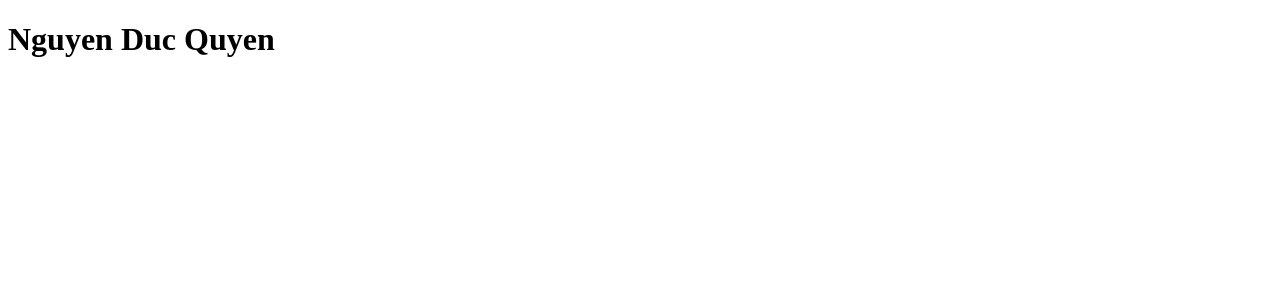
Repository: NguyenDucQuyen0507/Git_Test
Page: index.html
These files come from the project's save history. The page is drawn as it stood at one moment and after the next save; the edit follows.
The browser window is 1280 px wide. The pictures show the whole page.

Above is the page before, as saved 2022-11-27 09:38:32.

### index.html
<!DOCTYPE html>
<html lang="en">
  <head>
    <meta charset="UTF-8" />
    <meta http-equiv="X-UA-Compatible" content="IE=edge" />
    <meta name="viewport" content="width=device-width, initial-scale=1.0" />
    <title>Document</title>
  </head>
  <body>
    <h1>Nguyen Duc Quyen</h1>
  </body>
</html>

After the next save:
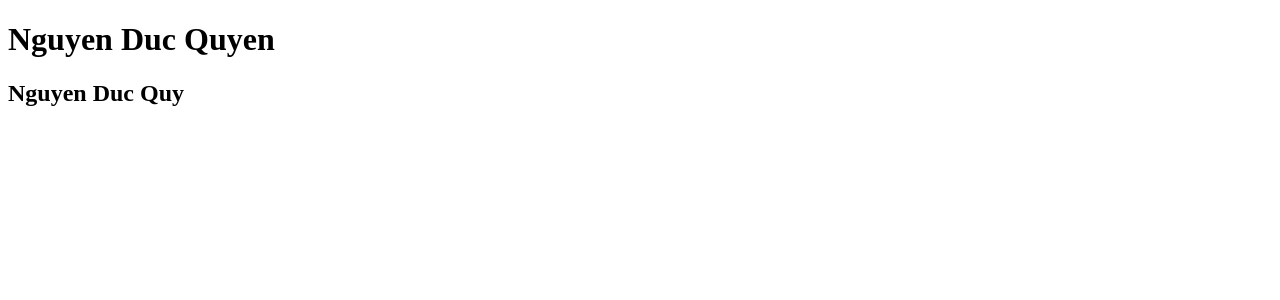
Saved 8 min 37 s later.
--- a/index.html
+++ b/index.html
@@ -8,5 +8,6 @@
   </head>
   <body>
     <h1>Nguyen Duc Quyen</h1>
+    <h2>Nguyen Duc Quy</h2>
   </body>
 </html>
